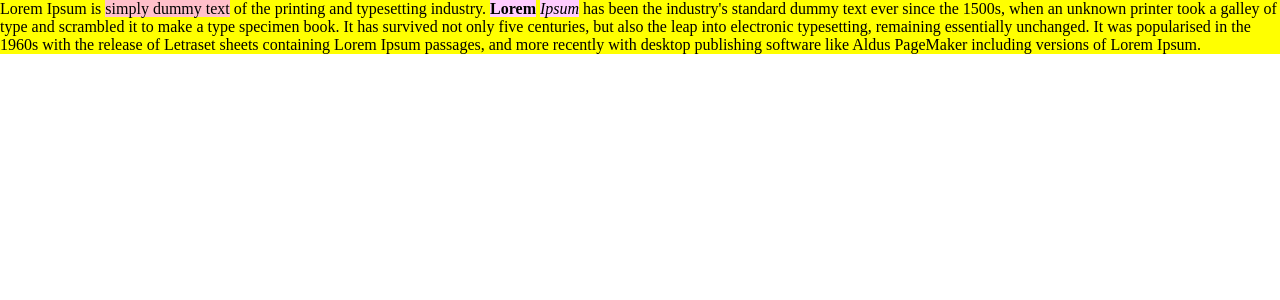
Repository: gwonjunsu95/html5
Page: html5/WebContent/day0401.html
The author's editor kept a copy of each file at every save. The page is drawn from the files as they stood at one save, then again after the next save.
The browser window is 1280 px wide. The pictures show the whole page.

Above is the page before, as saved 2020-04-21 04:57:28.

After the next save:
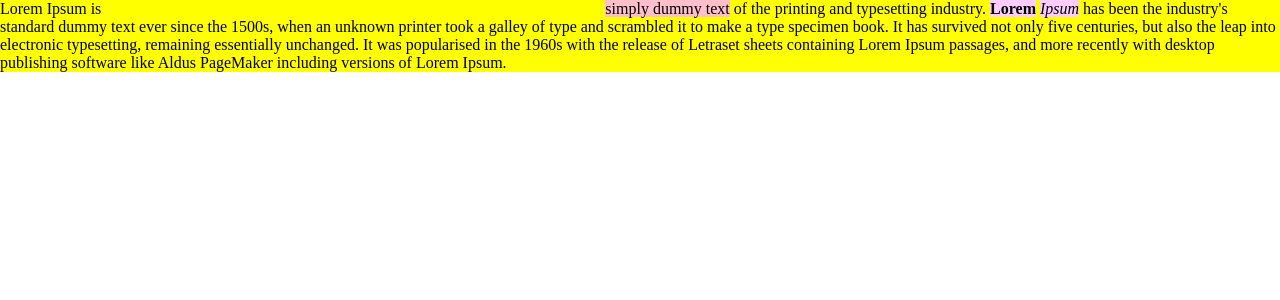
Saved 75 s later.
--- a/html5/WebContent/day0401.html
+++ b/html5/WebContent/day0401.html
@@ -19,6 +19,7 @@
 		span {
 			display: inline;
 			background: pink;
+			margin-left: 500px;
 		}
 
 		strong, em {

After the save that followed:
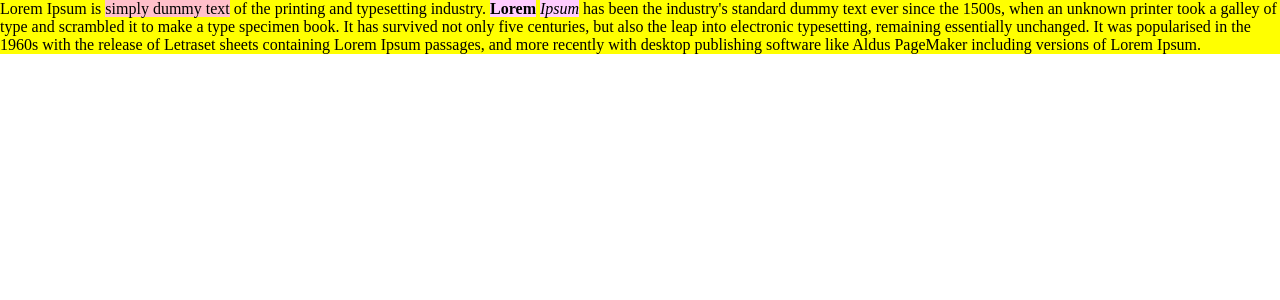
Saved 30 s later.
--- a/html5/WebContent/day0401.html
+++ b/html5/WebContent/day0401.html
@@ -19,7 +19,7 @@
 		span {
 			display: inline;
 			background: pink;
-			margin-left: 500px;
+			width: 500px;
 		}
 
 		strong, em {
